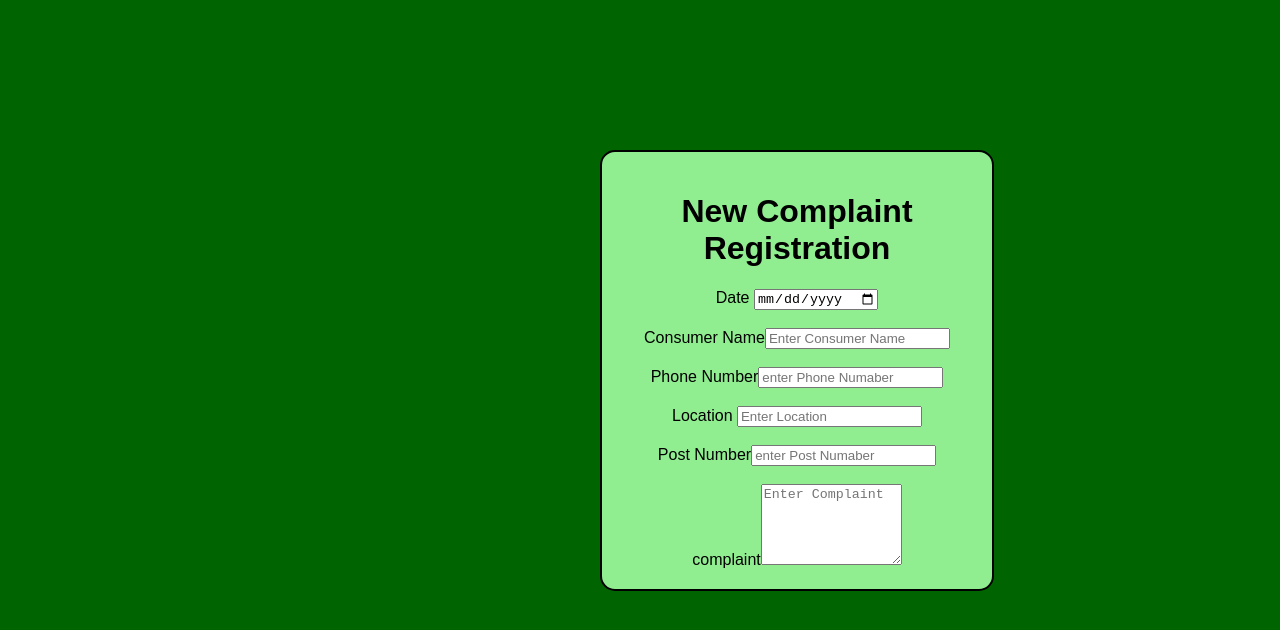
Repository: Jobinte/KSEB-PROJECT
Page: KSEB-complaint-management/WebContent/complaintRegistration.html
An editor plug-in stored every save of this project. The page is shown before and after the next save, followed by the edit.
The browser window is 1280 px wide. The pictures show the whole page.

Above is the page before, as saved 2023-11-22 07:49:51.

### KSEB-complaint-management/WebContent/complaintRegistration.html
<!DOCTYPE html>
<html>
<head>
<meta charset="ISO-8859-1">
<title>complaint registration</title>


<link href="css/complaitReg.css" rel="stylesheet" type="text/css" />


</head>
<body>
	<div class="complaintReg">
		<h1 id="heading">New Complaint Registration</h1>

		<form action="#" name="complaintReg" id="complaintReg" method="post">
			Date <input type="date" /> <br> <br>
			Consumer Name<input type="text" name="consumerName" placeholder="Enter Consumer Name" /> <br> <br>
			Phone Number<input type="text" name="phone" placeholder="enter Phone Numaber " /> <br> <br>
			Location <input type="text" name="location" placeholder="Enter Location " /> <br> <br>
			Post Number<input type="text" name="post" placeholder="enter Post Numaber  " /> <br> <br>
			complaint<textarea rows="5" cols="15" name="complaint"  placeholder="Enter Complaint"></textarea>

			</form>
			</div>
			</body>
			</html>

### KSEB-complaint-management/WebContent/css/complaitReg.css
body{
	margin:0;
	padding:0;
	 background-color:darkgreen;
	 font-family:'arial';

}
#heading {
	color:black;
	font:Times new roman;

}
.complaintReg{
	width:350px;
	height:auto;

	padding:20px;
	margin-top:150px;
	margin-left:600px;
	border-radius:15px;
	 border : 2px solid;



	background-color:lightgreen;
	text-align:center;
}

After the next save:
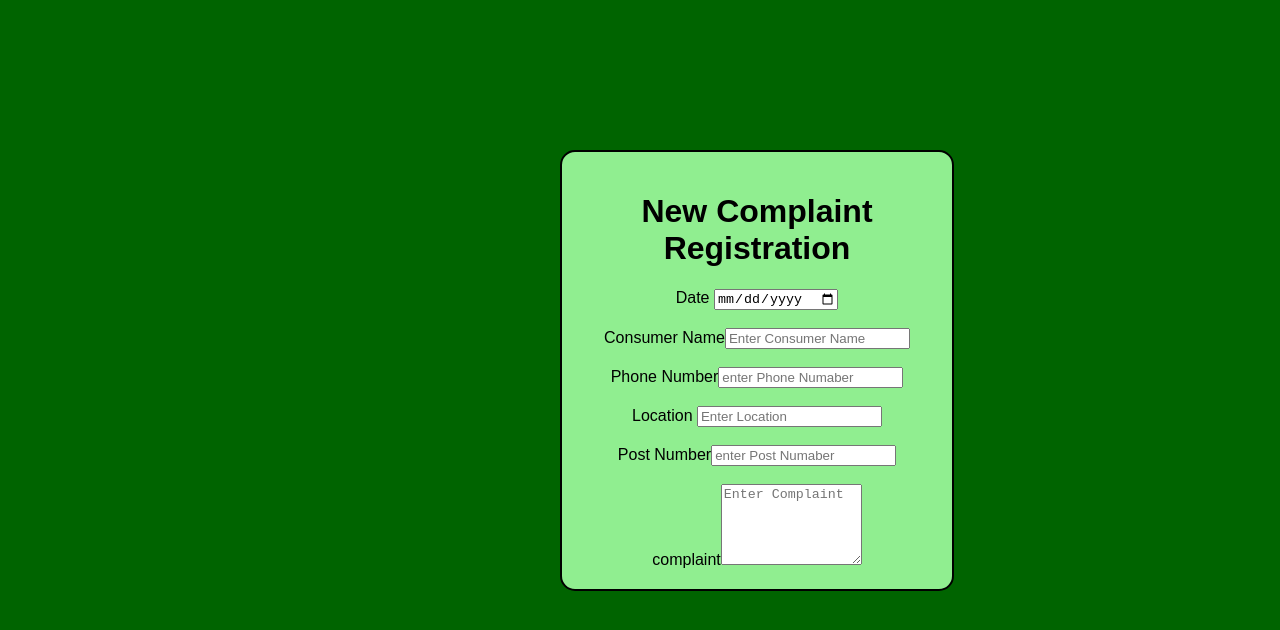
Saved 15 s later.
--- a/KSEB-complaint-management/WebContent/css/complaitReg.css
+++ b/KSEB-complaint-management/WebContent/css/complaitReg.css
@@ -16,7 +16,7 @@ body{
 
 	padding:20px;
 	margin-top:150px;
-	margin-left:600px;
+	margin-left:560px;
 	border-radius:15px;
 	 border : 2px solid;
 
